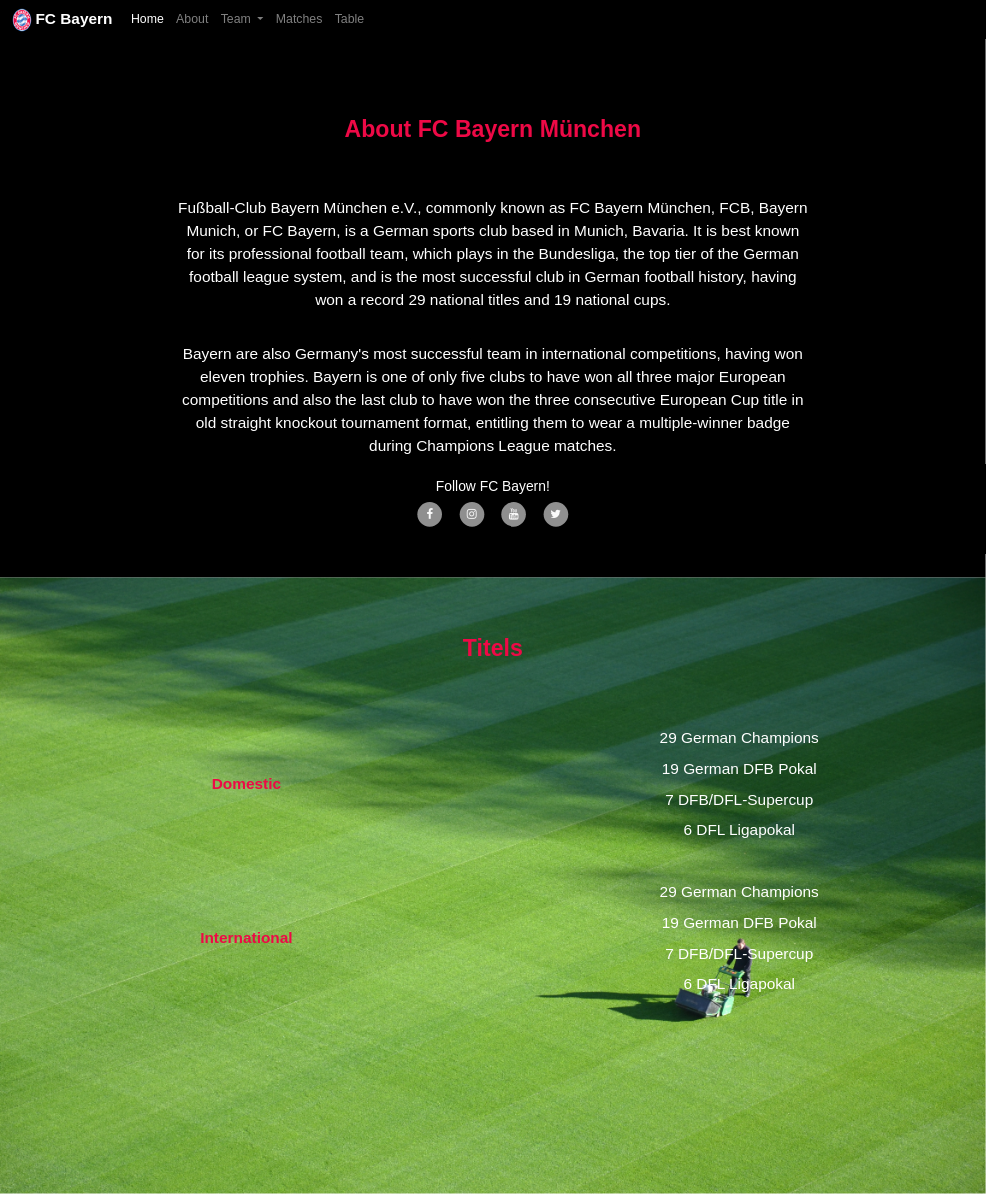
Repository: Code-Institute-Submissions/alnibo-milestone-project-1
Page: about.html
The author's editor kept a record of every edit. The page is drawn from the files as they stood at one moment, then again after the next edit.
The browser window is 1280 px wide. The pictures show the whole page, at 77% of full size.
Backgrounds fixed to the window are drawn as part of the page. Some web fonts or font styles are not loaded; a fallback is used.

Above is the page before.

After the next edit:
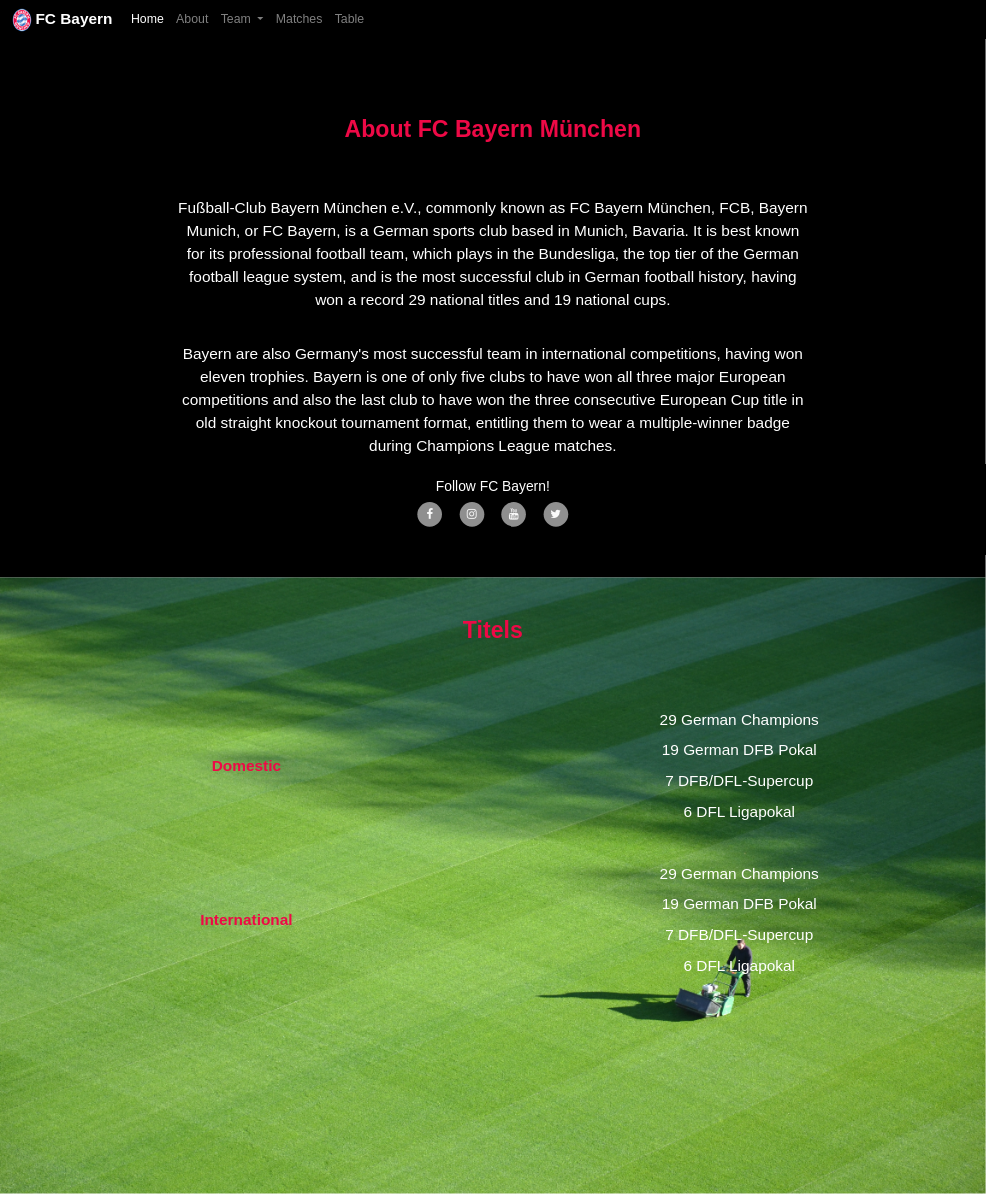
The edit:
--- a/about.html
+++ b/about.html
@@ -63,7 +63,6 @@
     </div>
 
     <div class="container-fluid titels">
-        <div class="opaque-overlay">&nbsp;</div>
         <div class="row">
                 <h2 class="section-header col-12">Titels</h2>
             </div>
